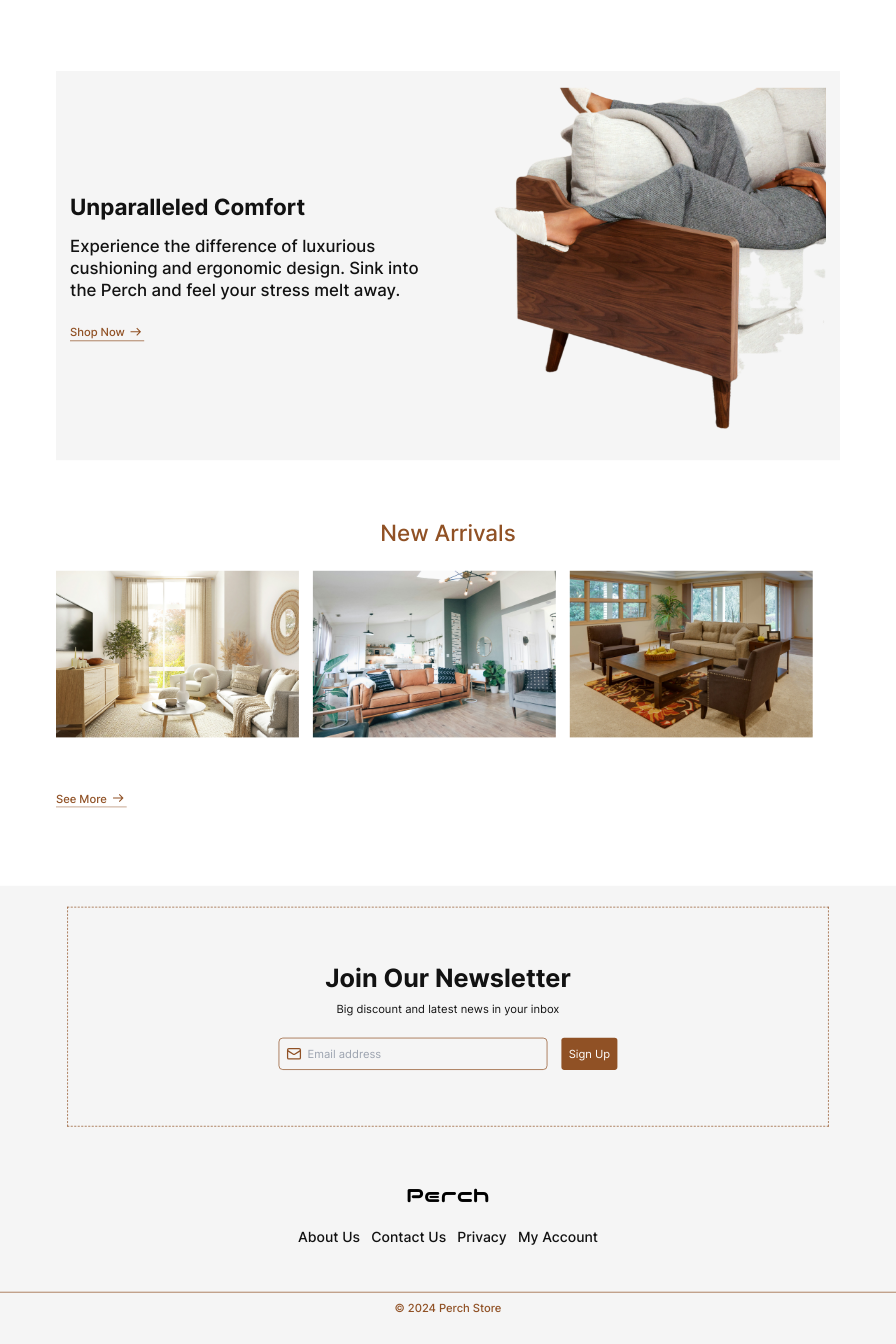
Repository: abdulmalikyusuf/HNG11-Stage02
Page: /
These files come from the project's save history. The page is drawn as it stood at one moment and after the next save; the edit follows.
The browser window is 1280 px wide. The pictures show the part of the page from y = 2239 to 4159 px (the page is 4159 px tall before and 4155 px after), at 70% of full size.
The project was rebuilt for these pictures with package versions that can differ from the ones it lists, and the page was loaded fresh each time. Also part of the build but not shown: vite.config.ts.

Above is the page before, as saved 2024-07-07 17:28:38.

### index.html
<!DOCTYPE html>
<html lang="en">
  <head>
    <meta charset="UTF-8" />
    <!-- <link rel="icon" type="image/svg+xml" href="/vite.svg" /> -->
    <meta name="viewport" content="width=device-width, initial-scale=1.0" />
    <title>Pearch E-Commerce App</title>
  </head>
  <body>
    <div id="root"></div>
    <script type="module" src="/src/main.tsx"></script>
  </body>
</html>

### src/App.tsx
import { createBrowserRouter, RouterProvider } from "react-router-dom";

import RootLayout from "@/routes/root";
import IndexPage from "@/routes";
import "./App.css";

const router = createBrowserRouter([
  {
    path: "/",
    element: <RootLayout />,
    // errorElement: <ErrorPage />,
    children: [
      {
        index: true,
        element: <IndexPage />,
      },
      {
        path: "cart",
        element: <p>Cart</p>,
      },
      {
        path: "checkout",
        element: <p>Checkout</p>,
      },
    ],
  },
]);

function App() {
  return <RouterProvider router={router} />;
}

export default App;

### src/index.css
:root {
  font-family: Inter, system-ui, Avenir, Helvetica, Arial, sans-serif;
  line-height: 1.5;
  font-weight: 400;

  color-scheme: light dark;
  /* color: rgba(255, 255, 255, 0.87);
  background-color: #242424; */

  font-synthesis: none;
  text-rendering: optimizeLegibility;
  -webkit-font-smoothing: antialiased;
  -moz-osx-font-smoothing: grayscale;
}
@font-face {
  font-family: Inter;
  src: url(fonts/Inter.ttf) format("truetype");
}
@font-face {
  font-family: SpaceGrotesk;
  src: url(fonts/SpaceGrotesk.ttf) format("truetype");
}
@font-face {
  font-family: NicoMoji;
  src: url(fonts/NicoMoji-Regular.ttf) format("truetype");
}

### src/routes/root.tsx
import { Outlet } from "react-router-dom";

import Footer from "@/components/footer";
import Header from "@/components/header";

function RootLayout() {
  return (
    <>
      <Header />
      <Outlet />
      <div className="flow-root">
        <Footer />
      </div>
    </>
  );
}

export default RootLayout;

### src/routes/index.tsx
import { Link } from "react-router-dom";

import ChairHero from "@/assets/img/83417461_Slipper -2 1.png";
import Chair1 from "@/assets/img/vertical-shot-wooden-chair-white 1.png";
import Chair2 from "@/assets/img/83419490_Wingback Chair -4.png";
import Chair3 from "@/assets/img/7043761_861.png";
import BannerImage from "@/assets/img/unsplash_348dJPXEFHk.png";
import MoreChairImage1 from "@/assets/img/unsplash_Kh4tedFdHz4.png";
import MoreChairImage2 from "@/assets/img/unsplash_L7EwHkq1B2s.png";
import MoreChairImage3 from "@/assets/img/unsplash_Gh_UjjYoVwk.png";
import NewArrival1 from "@/assets/img/new-arrivals/81678229_Luxury white and golden sofa -3 1.png";
import NewArrival2 from "@/assets/img/new-arrivals/Paste image.png";
import NewArrival3 from "@/assets/img/new-arrivals/unsplash_IjTqniVFP1Y.png";
import NewArrival4 from "@/assets/img/new-arrivals/unsplash_ItMggD0EguY.png";

const newArrivals = [
  { image: NewArrival1, name: "Tyley Chair", price: 200 },
  { image: NewArrival2, name: "Zefison Chair", price: 350 },
  { image: NewArrival3, name: "Italian Rococo", price: 700 },
  { image: NewArrival4, name: "King Sofa", price: 899 },
  { image: NewArrival4, name: "King Sofa", price: 899 },
];
function IndexPage() {
  return (
    <>
      <div className="flex flex-col lg:flex-row items-center gap-5 lg:gap-24 bg-[#F5F5F5] p-2 lg:px-[100px] lg:py-13">
        <div className="flex flex-col gap-5 lg:gap-24">
          <div className="text-32 lg:text-6xl font-bold">
            <h2 className="text-black">Elevate Your</h2>
            <h2 className="uppercase text-primary">comfort</h2>
          </div>
          <div className="font-semibold text-sm lg:text-xl lg:leading-6 flex flex-col gap-[14px] lg:gap-6">
            <p className="">Want comfort and style? Perch is for you.</p>
            <p className="text-primary">See collection</p>
          </div>
        </div>
        <div className="flex-1">
          <img src={ChairHero} alt="A chair from pearch website" className="" />
        </div>
      </div>
      <div className="px-4 md:px-10 lg:13 xl:px-20 2xl:px-24 flex flex-col gap-20 mb-28 overflow-clip">
        <div className="py-[88px]">
          <div className="md:grid grid-cols-2 lg:grid-rows-2 items-stretch gap-6 lg:gap-x-5 lg:gap-y-6">
            <div className="lg:row-span-2">
              <div className="p-5 lg:p-[30px] bg-miscellaneous flex flex-col">
                <div className="flex-1 flex flex-col gap-3">
                  <h5 className="text-xl lg:text-[28px] font-semibold">
                    Scandinavian
                  </h5>
                  <Link
                    to=""
                    className="w-fit text-xs lg:text-base font-medium text-primary border-b border-primary inline-flex items-center gap-1"
                  >
                    Shop Now{" "}
                    <span className="">
                      <svg
                        xmlns="http://www.w3.org/2000/svg"
                        width="24"
                        height="25"
                        viewBox="0 0 24 25"
                        fill="none"
                      >
                        <mask
                          id="mask0_18_143"
                          style={{ maskType: "alpha" }}
                          maskUnits="userSpaceOnUse"
                          x="0"
                          y="0"
                          width="24"
                          height="25"
                        >
                          <rect y="0.5" width="24" height="24" fill="#D9D9D9" />
                        </mask>
                        <g mask="url(#mask0_18_143)">
                          <path
                            d="M13.8462 18.1538L12.7923 17.0693L16.6115 13.25H4.5V11.75H16.6115L12.7923 7.93075L13.8462 6.84625L19.5 12.5L13.8462 18.1538Z"
                            fill="#905125"
                          />
                        </g>
                      </svg>
                    </span>
                  </Link>
                </div>
                <div className="self-end -mt-20">
                  <img src={Chair1} alt="" className="" />
                </div>
              </div>
            </div>
            <div className="p-5 lg:p-[30px] bg-miscellaneous flex items-end justify-between">
              <div className="flex-1 flex flex-col gap-2 lg:gap-3">
                <h5 className="text-xl lg:text-[28px] font-semibold">
                  Chesterfield
                </h5>
                <Link
                  to=""
                  className="w-fit text-xs lg:text-base font-medium text-primary border-b border-primary inline-flex items-center gap-1"
                >
                  Shop Now{" "}
                  <span className="">
                    <svg
                      xmlns="http://www.w3.org/2000/svg"
                      width="24"
                      height="25"
                      viewBox="0 0 24 25"
                      fill="none"
                    >
                      <mask
                        id="mask0_18_143"
                        style={{ maskType: "alpha" }}
                        maskUnits="userSpaceOnUse"
                        x="0"
                        y="0"
                        width="24"
                        height="25"
                      >
                        <rect y="0.5" width="24" height="24" fill="#D9D9D9" />
                      </mask>
                      <g mask="url(#mask0_18_143)">
                        <path
                          d="M13.8462 18.1538L12.7923 17.0693L16.6115 13.25H4.5V11.75H16.6115L12.7923 7.93075L13.8462 6.84625L19.5 12.5L13.8462 18.1538Z"
                          fill="#905125"
                        />
                      </g>
                    </svg>
                  </span>
                </Link>
              </div>
              <img src={Chair2} alt="" className="" />
            </div>
            <div className="p-5 lg:p-[30px] bg-miscellaneous flex items-end justify-between">
              <div className="flex-1 flex flex-col gap-2 lg:gap-3">
                <h5 className="text-xl lg:text-[28px] font-semibold">
                  Denatti
                </h5>
                <Link
                  to=""
                  className="w-fit text-xs lg:text-base font-medium text-primary border-b border-primary inline-flex items-center gap-1"
                >
                  Shop Now{" "}
                  <span className="">
                    <svg
                      xmlns="http://www.w3.org/2000/svg"
                      width="24"
                      height="25"
                      viewBox="0 0 24 25"
                      fill="none"
                    >
                      <mask
                        id="mask0_18_143"
                        style={{ maskType: "alpha" }}
                        maskUnits="userSpaceOnUse"
                        x="0"
                        y="0"
                        width="24"
                        height="25"
                      >
                        <rect y="0.5" width="24" height="24" fill="#D9D9D9" />
                      </mask>
                      <g mask="url(#mask0_18_143)">
                        <path
                          d="M13.8462 18.1538L12.7923 17.0693L16.6115 13.25H4.5V11.75H16.6115L12.7923 7.93075L13.8462 6.84625L19.5 12.5L13.8462 18.1538Z"
                          fill="#905125"
                        />
                      </g>
                    </svg>
                  </span>
                </Link>
              </div>
              <img src={Chair3} alt="" className="" />
            </div>
          </div>
        </div>
        <div className="">
          <h4 className="capitalize text-xl lg:text-32 text-center text-primary font-medium">
            new arrivals
          </h4>
          <div className="mt-6 lg:mt-[30px] -mr-24">
            <div className="flex gap-5 ">
              {newArrivals.map((chair) => (
                <div
                  key={chair.name}
                  className="shrink-0 w-[255px] py-10 px-2.5 flex flex-col gap-[30px]"
                >
                  <div className="flex h-[294px] items-center bg-miscellaneous">
                    <img
                      src={chair.image}
                      alt={`${chair.name} image`}
                      className=""
                    />
                  </div>
                  <div className="flex flex-col gap-1.5 text-primary-label font-medium">
                    <p className="">{chair.name}</p>
                    <small className="text-xs">${chair.price}</small>
                  </div>
                </div>
              ))}
            </div>
          </div>
        </div>
        <div className="p-6 lg:px-5 bg-miscellaneous max-lg:border-t border-primary">
          <div className="flex flex-col-reverse lg:flex-row items-center gap-16">
            <div className="flex-1 text-primary-label">
              <h4 className="hidden lg:block text-32 font-bold">
                Unparalleled Comfort
              </h4>
              <p className="mt-4 lg:text-2xl font-medium">
                Experience the difference of luxurious cushioning and ergonomic
                design. Sink into the Perch and feel your stress melt away.
              </p>
              <Link
                to=""
                className="mt-[30px] w-fit text-xs lg:text-base font-medium text-primary border-b border-primary inline-flex items-center gap-1"
              >
                Shop Now{" "}
                <span className="">
                  <svg
                    xmlns="http://www.w3.org/2000/svg"
                    width="24"
                    height="25"
                    viewBox="0 0 24 25"
                    fill="none"
                  >
                    <mask
                      id="mask0_18_143"
                      style={{ maskType: "alpha" }}
                      maskUnits="userSpaceOnUse"
                      x="0"
                      y="0"
                      width="24"
                      height="25"
                    >
                      <rect y="0.5" width="24" height="24" fill="#D9D9D9" />
                    </mask>
                    <g mask="url(#mask0_18_143)">
                      <path
                        d="M13.8462 18.1538L12.7923 17.0693L16.6115 13.25H4.5V11.75H16.6115L12.7923 7.93075L13.8462 6.84625L19.5 12.5L13.8462 18.1538Z"
                        fill="#905125"
                      />
                    </g>
                  </svg>
                </span>
              </Link>
            </div>
            <div className="flex-1">
              <img src={BannerImage} alt="" className="" />
            </div>
            <div className="mb-9 lg:hidden">
              <h4 className="text-2xl text-left font-bold text-primary-label">
                Unparalled Comfort
              </h4>
            </div>
          </div>
        </div>

        <div className="">
          <h4 className="capitalize text-32 text-center text-primary font-medium">
            new arrivals
          </h4>
          <div className="mt-[30px] flex gap-5">
            {[MoreChairImage1, MoreChairImage2, MoreChairImage3].map(
              (img, i) => (
                <div key={`product-image-${i}`} className="">
                  <img src={img} alt="" className="" />
                </div>
              )
            )}
          </div>
          <div className="mt-11">
            <Link
              to=""
              className="mt-[30px] w-fit text-xs lg:text-base font-medium text-primary border-b border-primary inline-flex items-center gap-1"
            >
              See More{" "}
              <span className="">
                <svg
                  xmlns="http://www.w3.org/2000/svg"
                  width="24"
                  height="25"
                  viewBox="0 0 24 25"
                  fill="none"
                >
                  <mask
                    id="mask0_18_143"
                    style={{ maskType: "alpha" }}
                    maskUnits="userSpaceOnUse"
                    x="0"
                    y="0"
                    width="24"
                    height="25"
                  >
                    <rect y="0.5" width="24" height="24" fill="#D9D9D9" />
                  </mask>
                  <g mask="url(#mask0_18_143)">
                    <path
                      d="M13.8462 18.1538L12.7923 17.0693L16.6115 13.25H4.5V11.75H16.6115L12.7923 7.93075L13.8462 6.84625L19.5 12.5L13.8462 18.1538Z"
                      fill="#905125"
                    />
                  </g>
                </svg>
              </span>
            </Link>
          </div>
        </div>
      </div>
    </>
  );
}

export default IndexPage;

### src/components/footer.tsx
import React from "react";
import { Icons } from "./icons";

function Footer() {
  return (
    <footer className="py-[30px] bg-miscellaneous px-24 h[80vh] flex flex-col justify-between gap-16">
      <div className="flex flex-col items-center gap-[30px] py-20 border border-primary border-dashed">
        <div className="text-center text-primary-label">
          <h3 className="text-4xl font-bold">Join Our Newsletter</h3>
          <p className="mt-3">Big discount and latest news in your inbox</p>
        </div>
        <div className="flex gap-5">
          <div className="flex rounded-md w-96 border border-primary items-center gap-2 p-2.5">
            <Icons.mail className="size-[22px] stroke-primary" />
            <input
              type="email"
              name=""
              id=""
              placeholder="Email address"
              className="bg-transparent text-[rgba(18,_18,_18,_0.50)] font-medium placeholder:font-normal focus:outline-none"
            />
          </div>
          <button
            type="submit"
            className="bg-primary rounded p-2.5 capitalize text-white"
          >
            sign up
          </button>
        </div>
      </div>
      <div className="flex flex-col gap-4 items-center">
        <h4 className="py-2 text-32 text-label-primary font-nico-moji">
          Perch
        </h4>
        <ul className="flex gap-4 text-xl font-medium text-primary-label">
          <li className="">About Us</li>
          <li className="">Contact Us</li>
          <li className="">Privacy</li>
          <li className="">My Account</li>
        </ul>
      </div>
      <div className="py-2.5 -mx-24 border-t border-primary text-center">
        <p className="font-medium text-primary">© 2024 Perch Store</p>
      </div>
    </footer>
  );
}

export default Footer;

### src/components/header.tsx
import { cn } from "@/lib/utils";
import { Icons } from "@/components/icons";
import { Link } from "react-router-dom";
import { CartButton } from "./cart-button";

function Header() {
  return (
    <header
      className={cn(
        "h-[46px] md:h-[68px] relative flex items-center justify-between px-4 md:px-10 lg:13 xl:px-20 2xl:px-24",
        "bg-[#F5F5F5] border-transparent text-black-900 [--logo-fill:#121212]"
      )}
    >
      <div className="flex items-center justify-center gap-3 md:gap-6">
        <button type="button" className="md:hidden">
          <Icons.hamburgerMenu className="size-[26px] md:size-7" />
        </button>
        <Link to="/" className="py-2">
          <span className="text-2xl lg:text-[32px] leading-normal text-primary-label font-nico-moji capitalize">
            pearch
          </span>
        </Link>
      </div>
      <div className="hidden md:flex justify-center">
        <ul className="flex gap-10">
          {["Home", "Shop", "Products", "Pages"].map((menu) => (
            <li key={menu}>
              <span
                className={cn(
                  "flex items-center justify-center w-fit hover:border-b font-space-grotesk transition-colors focus-visible:outline-none focus-visible:ring-1 focus-visible:ring-ring disabled:pointer-events-none",
                  "gap-0.5 button-xs",
                  "text-black-900 hover:text-black-400 disabled:text-black-700"
                )}
              >
                {menu}{" "}
                <Icons.chevronDown
                  className="size-[18px] relative top-[1px] transition-transform duration-200 ease-in group-data-[state=open]:-rotate-180"
                  aria-hidden
                />
              </span>
            </li>
          ))}

          {/* <NavigationMenu.Link
                  className={cn(
                    "hover:border-b font-space-grotesk transition-colors focus-visible:outline-none focus-visible:ring-1 focus-visible:ring-ring disabled:pointer-events-none",
                    "gap-0.5 button-xs",
                    "text-black-900 hover:text-black-400 disabled:text-black-700"
                  )}
                  href="https://github.com/radix-ui"
                >
                  {menu.title}{" "}
                </NavigationMenu.Link> */}
        </ul>
      </div>
      <div className="flex gap-5 items-center">
        <button type="button" className="hidden md:inline-flex size-7">
          <Icons.search className="" />
        </button>
        <button className="hidden md:inline-flex size-7">
          <Icons.user className="" />
        </button>
        <CartButton numOfItems={2} />
      </div>
    </header>
  );
}

export default Header;

### src/lib/utils.ts
import { type ClassValue, clsx } from "clsx";
import { twMerge } from "tailwind-merge";

export function cn(...inputs: ClassValue[]) {
	return twMerge(clsx(inputs));
}
export function formatPrice(
	price: number | string,
	currency: "USD" | "EUR" | "GBP" | "BDT" = "USD",
	notation: "compact" | "engineering" | "scientific" | "standard" = "standard",
) {
	return new Intl.NumberFormat("en-US", {
		style: "currency",
		currency,
		notation,
	}).format(Number(price));
}

export function arrayRange(start: number, stop: number, step: number) {
	return Array.from(
		{ length: (stop - start) / step + 1 },
		(value, index) => start + index * step,
	);
}

### src/components/cart-button.tsx
import { forwardRef, type ButtonHTMLAttributes } from "react";
import { Slot } from "@radix-ui/react-slot";

import { cn } from "@/lib/utils";
import { Icons } from "@/components/icons";

export interface CartButtonProps
  extends ButtonHTMLAttributes<HTMLButtonElement> {
  numOfItems: number;
  asChild?: boolean;
}

const CartButton = forwardRef<HTMLButtonElement, CartButtonProps>(
  ({ numOfItems, asChild, ...props }, ref) => {
    const Comp = asChild ? Slot : "button";
    return (
      <Comp
        ref={ref}
        {...props}
        type="button"
        className="inline-flex items-center gap-0.5 w-[50px] h-[26px] sm:h-7"
      >
        <Icons.cart className="size-[26px] sm:size-7 text-[var(--icon-colour)]" />
        <span
          className={cn(
            "inline-flex items-center justify-center size-5 rounded-full text-xs leading-[10px] font-inter font-bold",
            "bg-primary text-white [--icon-colour:var(--black-900)]"
          )}
        >
          {numOfItems}
        </span>
      </Comp>
    );
  }
);

CartButton.displayName = "CartButton";

export { CartButton };

### tailwind.config.ts
import { Config } from "tailwindcss";

export default {
  content: ["./index.html", "./src/**/*.{js,ts,jsx,tsx}"],
  theme: {
    fontFamily: {
      "space-grotesk": ["SpaceGrotesk"],
      inter: ["Inter"],
      "nico-moji": ["NicoMoji"],
    },
    extend: {
      padding: {
        13: "52px",
      },
      fontSize: {
        32: "32px",
      },
      colors: {
        primary: {
          DEFAULT: "#905125",
          label: "#121212",
        },
        miscellaneous: "#F5F5F5",
      },
    },
  },
  plugins: [],
} satisfies Config;

Loaded but not shown: src/main.tsx (common file); src/App.css (common file); src/components/icons.tsx (297 lines, source omitted)

After the next save:
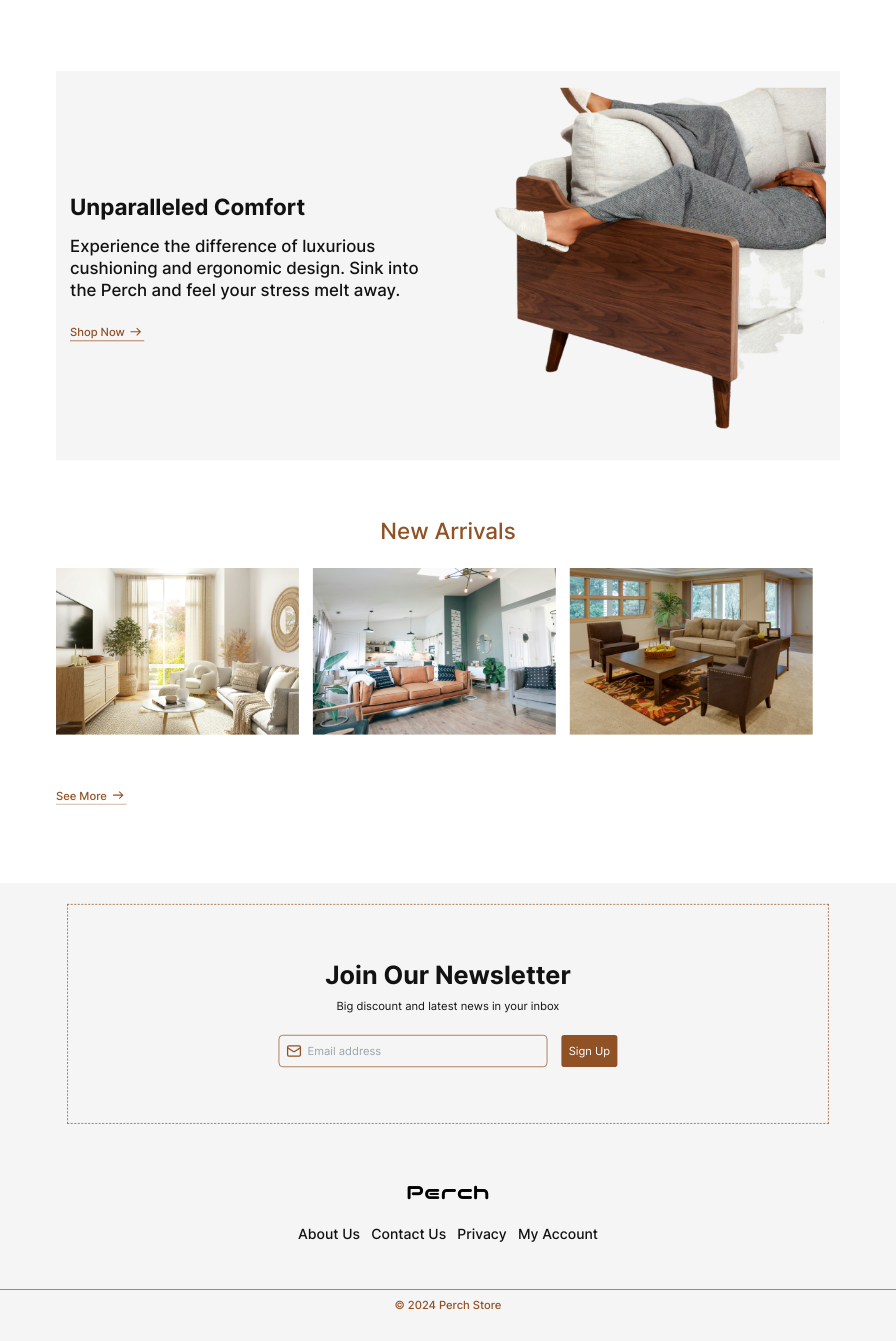
Saved 85 s later.
--- a/src/routes/index.tsx
+++ b/src/routes/index.tsx
@@ -252,14 +252,14 @@
           </div>
         </div>
 
-        <div className="">
-          <h4 className="capitalize text-32 text-center text-primary font-medium">
+        <div className="max-lg:py-6">
+          <h4 className="py-1 lg:py-2 capitalize text-xl lg:text-32 lg:text-center text-primary font-medium">
             new arrivals
           </h4>
-          <div className="mt-[30px] flex gap-5">
+          <div className="mt-5 lg:mt-[30px] flex gap-5">
             {[MoreChairImage1, MoreChairImage2, MoreChairImage3].map(
               (img, i) => (
-                <div key={`product-image-${i}`} className="">
+                <div key={`product-image-${i}`} className="shrink-0">
                   <img src={img} alt="" className="" />
                 </div>
               )
